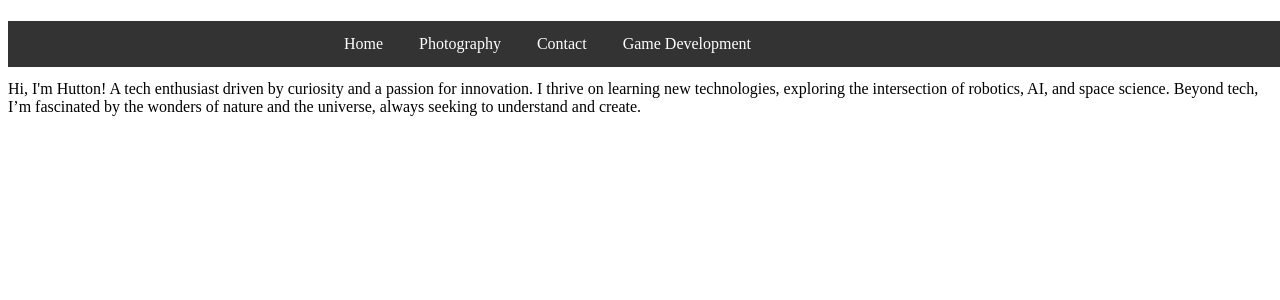
Repository: Argivist/ArgPortfolio
Page: index.html
An editor plug-in stored every save of this project. The page is shown before and after the next save, followed by the edit.
The browser window is 1280 px wide. The pictures show the whole page.

Above is the page before, as saved 2025-03-28 14:52:22.

### index.html
<!DOCTYPE html>
<html lang="en">

<head>
    <meta charset="UTF-8">
    <meta name="viewport" content="width=device-width, initial-scale=1.0">
    <link rel="stylesheet" href="css/styles.css">
    <link rel="stylesheet" href="css/nav.css">

    <title>Hutton Amison-Addy</title>
</head>

<body>
    <nav>
        <ul>
            <li class="nav-content"><a href="index.html">Home</a></li>
            <li class="nav-content"><a href="https://www.instagram.com/theworldinoneseye/">Photography</a></li>

            <li class="dropdown nav-content">
                <a href="contact.html">Contact</a>
                <ul class="dropdown-content">
                    <li><a href="https://www.linkedin.com/in/hutton-amison-addy-7b1b3b1b1/">LinkedIn</a></li>
                    <li><a href="https://www.github.com/Argivist">GitHub</a></li>
                    <li><a href="mailto:hutton.amison@ashesi.edu.gh">hutton.amison@ashesi.edu.gh</a></li>
                    <li><a href="mailto:huttonaaddy.public@gmail.com">huttonaaddy.public@gmail.com</a></li>
                </ul>
            </li>

            <li class="dropdown nav-content">
                <a href="#">Game Development</a>
                <ul class="dropdown-content">
                    <li><a href="game/index.html">Game Development Projects</a></li>
                    <li><a href="blender/index.html">Blender</a></li>
                </ul>
            </li>
        </ul>
    </nav>

    <div>
        <h1>This is me!</h1>
        <p class="desc">
            Hi, I'm Hutton! A tech enthusiast driven by curiosity and a passion for innovation. I thrive on learning new technologies, exploring the intersection of robotics, AI, and space science. Beyond tech, I’m fascinated by the wonders of nature and the universe, always seeking to understand and create.
        </p>
    </div>

</body>

</html>

### css/nav.css
/* NAV Content and Dropdown */
.nav-content{
    position: relative;
    display: inline-block;
}
.dropdown:hover .dropdown-content{
    display: block;
}
.dropdown-content{
    display: none;
    position: absolute;
    background-color: #f9f9f9;
    min-width: 160px;
    box-shadow: 0px 8px 16px 0px rgba(0,0,0,0.2);
    z-index: 1;
}

/* Nav Stlisation */


nav{
    background-color: #333;
    overflow: hidden;
    position: fixed;
    width: 100%;
    z-index: 100;
}
nav ul{
    list-style-type: none;
    margin: 0;
    padding: 0;
    overflow: hidden;
    margin-left: 50%;
    transform: translateX(-50%);
}
nav ul li{
    float:none;
    display: inline;
    margin: 0;
}


nav ul li a{
    display: block;
    color: white;
    text-align: center;
    padding: 14px 16px;
    text-decoration: none;
}
nav ul li a:hover{
    background-color: #111;
}

Loaded but not shown: css/styles.css (no stored copy; drawn as an empty file)

After the next save:
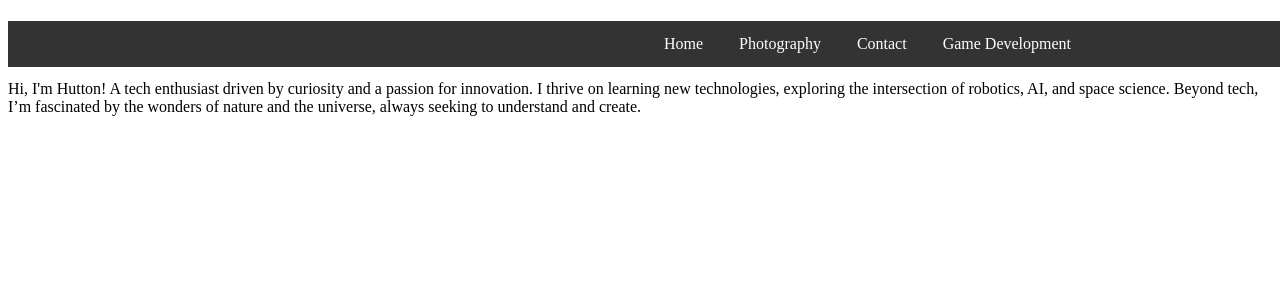
Saved 11 s later.
--- a/css/nav.css
+++ b/css/nav.css
@@ -31,7 +31,7 @@
     padding: 0;
     overflow: hidden;
     margin-left: 50%;
-    transform: translateX(-50%);
+    /* transform: translateX(-50%); */
 }
 nav ul li{
     float:none;

After the save that followed:
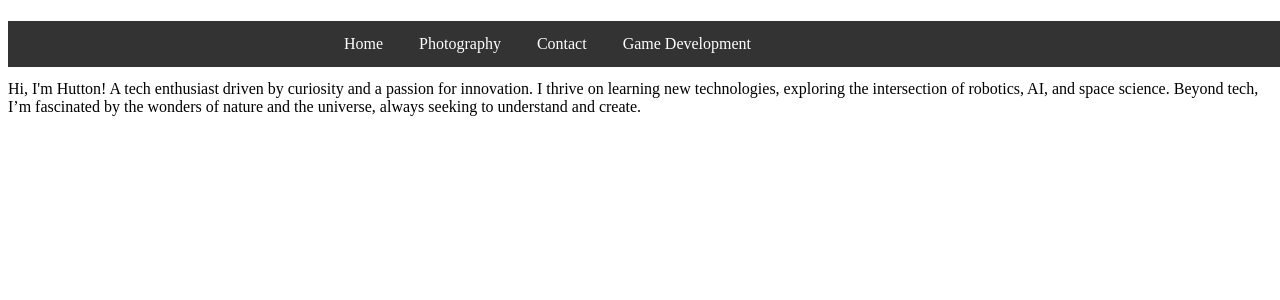
Saved 11 s later.
--- a/css/nav.css
+++ b/css/nav.css
@@ -22,7 +22,7 @@
     background-color: #333;
     overflow: hidden;
     position: fixed;
-    width: 100%;
+    width: 100vw;
     z-index: 100;
 }
 nav ul{
@@ -31,7 +31,7 @@
     padding: 0;
     overflow: hidden;
     margin-left: 50%;
-    /* transform: translateX(-50%); */
+    transform: translateX(-50%);
 }
 nav ul li{
     float:none;
